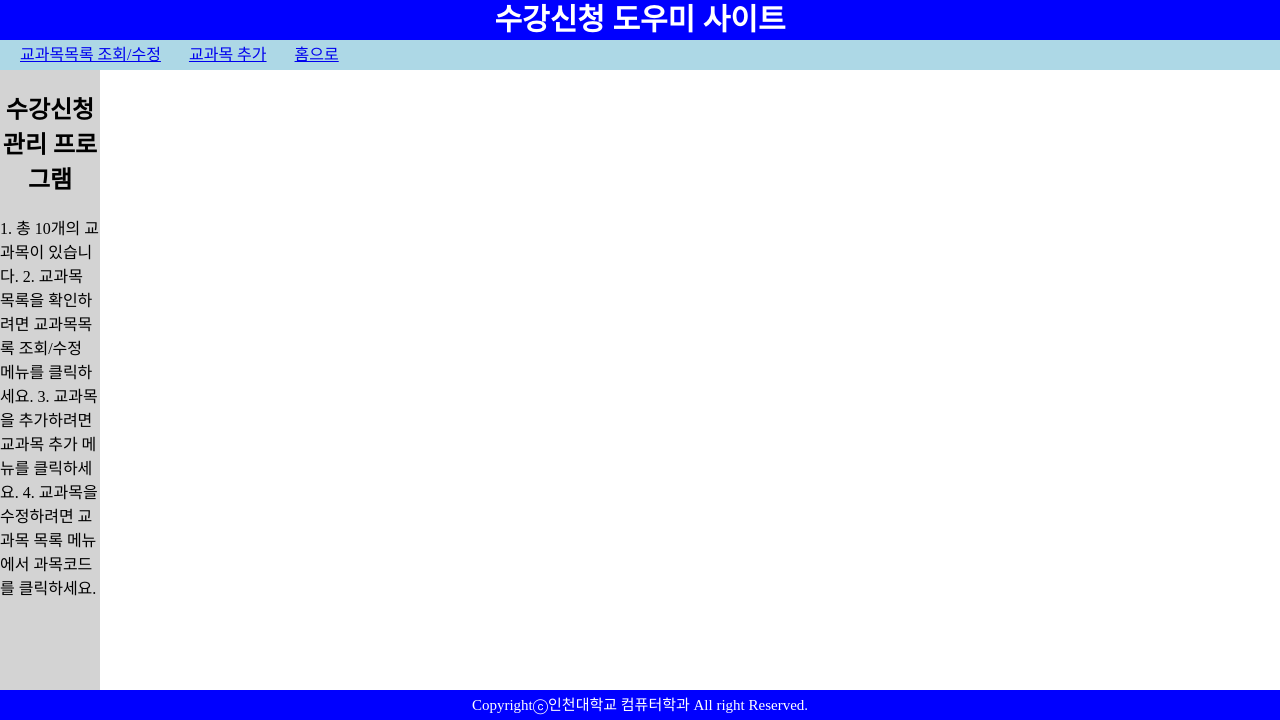
Repository: leesuyeon116/HRD_2
Page: http://localhost/HRD_0419/
These files come from the project's save history. The page is drawn as it stood at one moment and after the next save; the edit follows.
The browser window is 1280 px wide. The pictures show the whole page.
The page is served by Tomcat 9. Other server files are loaded and not shown.

Above is the page before, as saved 2024-04-19 04:47:50.

### HRD_0419/src/main/webapp/index.jsp
<%@ page language="java" contentType="text/html; charset=UTF-8"
    pageEncoding="UTF-8"%>
<!DOCTYPE html>
<html>
<head>
<meta charset="UTF-8">
<title>index</title>
</head>
<body>
	<jsp:include page="header.jsp"></jsp:include>

		<section style="position: fixed; top: 70px; left:0px; width: 100px; height: 100%; background-color: lightgray">
		<h2 style="text-align: center;"><b>수강신청 관리 프로그램</b></h2>
		1. 총 10개의 교과목이 있습니다.
		2. 교과목 목록을 확인하려면 교과목목록 조회/수정 메뉴를 클릭하세요.
		3. 교과목을 추가하려면 교과목 추가 메뉴를 클릭하세요.
		4. 교과목을 수정하려면 교과목 목록 메뉴에서 과목코드를 클릭하세요.


		</section>

	<jsp:include page="footer.jsp"></jsp:include>
</body>
</html>

### HRD_0419/src/main/webapp/header.jsp
<%@ page language="java" contentType="text/html; charset=UTF-8"
	pageEncoding="UTF-8"%>
<!DOCTYPE html>
<html>
<head>
<meta charset="UTF-8">
<title>header</title>
</head>
<body>
	<header style="position: fixed; top: 0px; left: 0px; width: 100%; height: 40px; line-height: 40px;
		background-color: blue; color: white; text-align: center; font-size: 30px">
		<b>수강신청 도우미 사이트</b>
	</header>

	<nav style="position: fixed; top: 40px; left: 0px; width: 100%; height: 30px; line-height: 30px;
		background-color: lightblue; padding-left: 20px">
			<a href="list.jsp">교과목목록 조회/수정</a> &nbsp; &nbsp; &nbsp;
			<a href="insert.jsp">교과목 추가</a> &nbsp; &nbsp; &nbsp;
			<a href="index.jsp">홈으로</a> &nbsp; &nbsp; &nbsp;
	</nav>
</body>
</html>

### HRD_0419/src/main/webapp/footer.jsp
<%@ page language="java" contentType="text/html; charset=UTF-8"
	pageEncoding="UTF-8"%>
<!DOCTYPE html>
<html>
<head>
<meta charset="UTF-8">
<title>footer</title>
</head>
<body>
	<footer style="position: fixed; bottom: 0px; left: 0px; width: 100%; height: 30px; line-height: 30px;
		background-color: blue; color: white; text-align: center; font-size: 15px">
		Copyrightⓒ인천대학교 컴퓨터학과 All right Reserved.
	</footer>
</body>
</html>

After the next save:
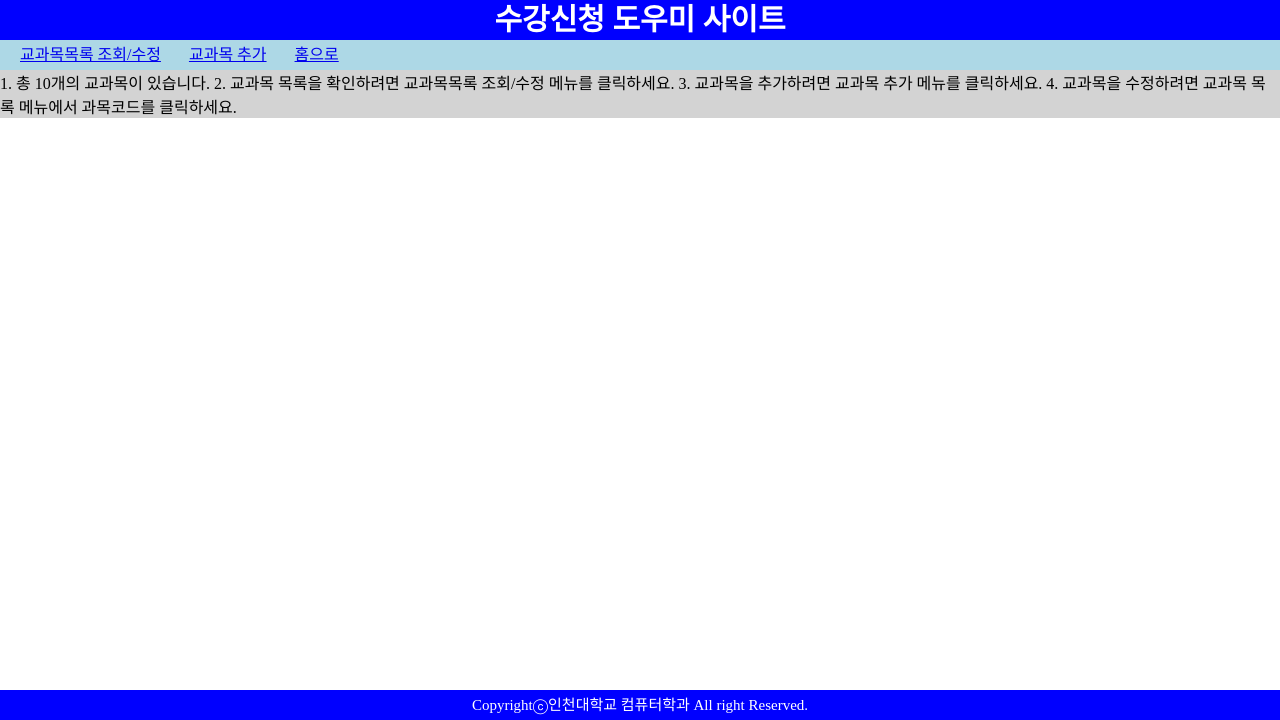
Saved 114 s later.
--- a/HRD_0419/src/main/webapp/index.jsp
+++ b/HRD_0419/src/main/webapp/index.jsp
@@ -9,8 +9,7 @@
 <body>
 	<jsp:include page="header.jsp"></jsp:include>
 
-		<section style="position: fixed; top: 70px; left:0px; width: 100px; height: 100%; background-color: lightgray">
-		<h2 style="text-align: center;"><b>수강신청 관리 프로그램</b></h2>
+		<section style="position: fixed; top: 70px;left: 0px; width: 100%; background-color: lightgray">
 		1. 총 10개의 교과목이 있습니다.
 		2. 교과목 목록을 확인하려면 교과목목록 조회/수정 메뉴를 클릭하세요.
 		3. 교과목을 추가하려면 교과목 추가 메뉴를 클릭하세요.
